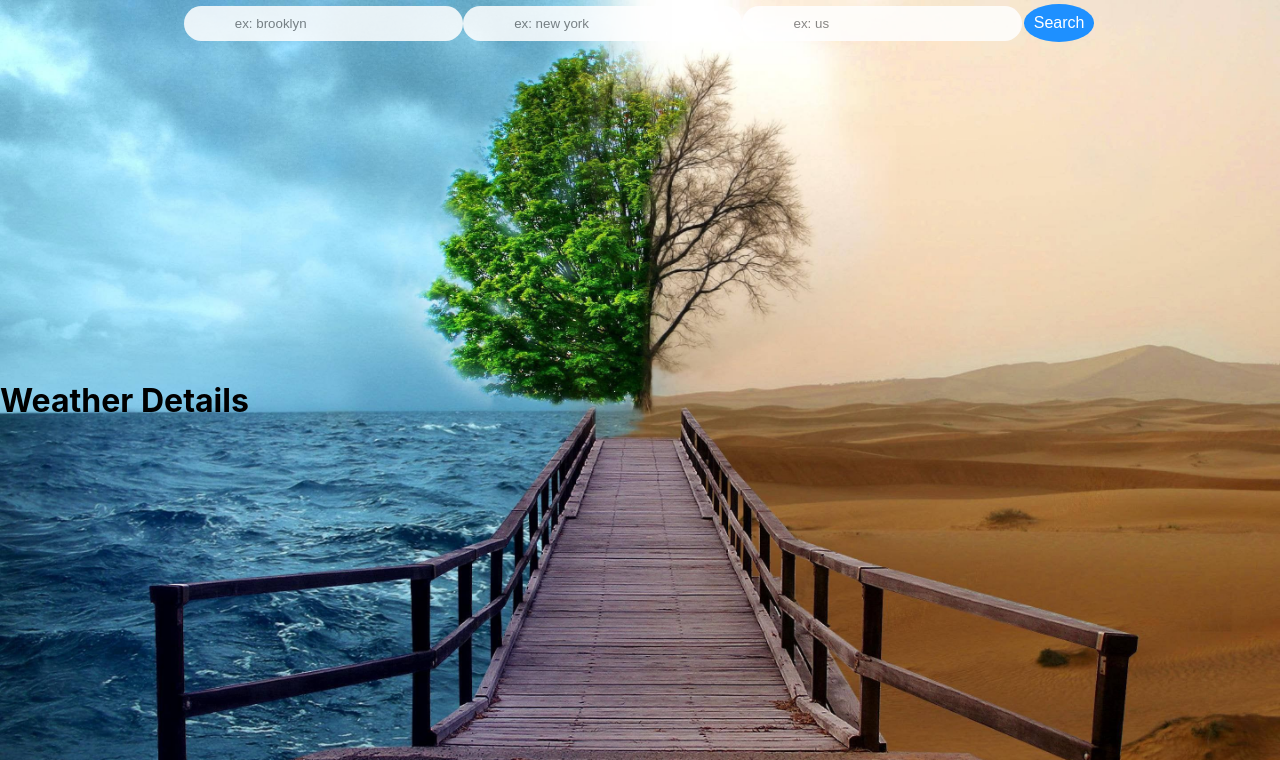
Repository: Mohsin231/Weather_App
Page: /
An editor plug-in stored every save of this project. The page is shown before and after the next save, followed by the edit.
The browser window is 1280 px wide. The pictures show the whole page.
The project was rebuilt for these pictures with package versions that can differ from the ones it lists, and the page was loaded fresh each time.

Above is the page before, as saved 2021-01-25 04:43:01.

### src/App.js
import React, { useState } from 'react'
import Weather from './Components/Weather'
import WeatherDetails from './Components/WeatherDetails'
import SearchForm from './Components/SearchForm'
import { Route } from 'react-router-dom';
import './App.css';

function App() {

  const [data, setData] = useState({
    city:"",
    state:"",
    country:""
  })

  //weather.js data
  const [weatherData, setWeatherData] = useState(null);
  //weatherDetails data
  const [weatherDetails, setWeatherDetails] = useState(null);

  //displays weather.js data
  function handleChange(event) {
    setData({...data, [event.target.id]:event.target.value})
    console.log(data)
    }

  return (
    <>
    <div className="App">
      <SearchForm
      handleChange={handleChange}
      data={data}
      setData={setData}
      setWeatherData={setWeatherData}
      setWeatherDetails={setWeatherDetails}
      />

<Route path="/" exact component={() => <Weather data={data} setData={setData} weatherData={weatherData}  />} />
<Route path="/" exact component={() => <WeatherDetails data={data} setData={setData} weatherDetails={weatherDetails} />} />

    </div>
    </>

  );
}

export default App;

### src/Components/Weather.js
import React, { useState } from "react";
import WeatherDetails from "../Components/WeatherDetails";
import '../Weather.css';

const Weather = ({ data, setData, weatherData }) => {
  const [action, setAction] = useState("");

  return (
      <div className="main">

        {weatherData &&
        (
          <div className="city-container">

            <div className="city">
            <h2 className="city-name">
              <span>{weatherData.name}, {weatherData.sys.country}</span>
            </h2>

            <div className="city-temp">
              {Math.round(weatherData.main.temp)}
              <sup>&deg;F</sup>
            </div>

            <div className="icon">
              <img className="city-icon" src={`https://openweathermap.org/img/wn/${weatherData.weather[0].icon}@2x.png`} alt={weatherData.weather[0].description} />
              <p>{weatherData.weather[0].description}</p>
            </div>
            </div>

            <button onClick = {() => {setAction("moreDetails")}} id="moreDetails">Show more details...</button>
            </div>

)
}
      {
        action === "moreDetails"
        &&
        <WeatherDetails/>
      }
      </div>

    );
}

export default Weather;




// {weatherData && (
//   <div className="city"
//   <h2 className="city">
//     <span>{weatherData.name}, {weatherData.sys.country}</span>
//   </h2>

// <div className="city-temp">
//   {Math.round(weatherData.main.temp)}
//   <sup>&deg;F</sup>
// </div>

// <div className="city-icon">
// <img className="weather-icon" src={`http://openweathermap.org/img/wn/${weatherData.weather[0].icon}@2x.png`} alt={weatherData.weather[0].description} />
// <p>{weatherData.weather[0].description}</p>
// </div>

// </div>

// )}

// </div>
// </>

### src/Components/WeatherDetails.js
import React from "react";
import '../WeatherDetails.css';

//displays details of weather
const WeatherDetails = ({data, setData, weatherDetails }) => {

  return (
    <div className="main">
      <h1>Weather Details</h1>

      {weatherDetails &&
      (
        <div className="moreInfo">
          <h2>Feels Like: {weatherDetails.main.feels_like}</h2>
          <h2>Min: {weatherDetails.main.temp_min}, Max:{weatherDetails.main.temp_max}</h2>
          <h2>Humidity: {weatherDetails.main.humidity}</h2>
          <h2>Wind Speed: {weatherDetails.wind.speed}</h2>
          </div>

)
}

    </div>

  );
}

export default WeatherDetails;

### src/Components/SearchForm.js
import React, {useEffect} from 'react';
import '../SearchForm.css';
//search


  // Destructure props object
  function SearchForm({handleChange, data, setData, setWeatherData, setWeatherDetails }) {


    const getData = () => {

      let url = `http://api.openweathermap.org/data/2.5/weather?q=${data.city},${data.state},${data.country}&units=imperial&appid=${process.env.REACT_APP_ONEDAY}`

    fetch(url)
      .then(res => res.json())
      .then(res => {
        console.log(res)
        setWeatherData(res);
        setWeatherDetails(res)
      })
      .catch(err => {
        console.error(err);
      });}

  function handleSubmit(event) {
    event.preventDefault();
    getData();
  }

    return (
      <form onSubmit={handleSubmit} className="searchForm">
        <input
          className="search"
          id="city"
          placeholder="ex: brooklyn"
          type="text"
          name="searchString"
          required
          onChange={handleChange}
          value={data.city}
        />
        <input
        className="search"
          id="state"
          placeholder="ex: new york"
          type="text"
          name="searchString"
          required
          onChange={handleChange}
          value={data.state}
        />
        <input
        className="search"
          id="country"
          placeholder="ex: us"
          type="text"
          name="searchString"
          required
          onChange={handleChange}
          value={data.country}
        />
        <button className="button">Search</button>
      </form>
    );
  }
  export default SearchForm;

### src/App.css
.App {
  text-align: center;

}

body {
  background: url("./images/weatherBackground.jpg");
  background-size: cover;
  background-repeat: no-repeat;
}

### src/Weather.css
.main {
    /* height: 100%;
    display: flex;
    justify-content: center;
    align-items: center;
    flex-direction: column; */
  position: absolute;
  top: 40px;

  }

.city {
    padding: 50px;
    border-radius: 25px;
    background: rgba(235, 230, 230, 0.85);
}

#moreDetails {
    margin-top: 100px;
    background-color: dodgerblue;
    border: none;
    color: white;
    padding: 10px;
    text-align: center;
    text-decoration: none;
    display: inline-block;
    font-size: 16px;
    margin: 4px 2px;

}

### src/WeatherDetails.css
.more-info {
    padding: 40px, 40px, 60px, 60px;
    border-radius: 25px;
    background: rgba(235, 230, 230, 0.85);

}
.main {
    height: 100%;
    display: flex;
    justify-content: center;
    align-items: center;
    flex-direction: column;
  }

### src/SearchForm.css
.search {
    outline: none;
    padding: 10px 4%;
    border-radius: 20px;
    border: none;
    margin-bottom: 5%;
    opacity: 0.85;

}
.button {
    background-color: dodgerblue;
    border: none;
    color: white;
    padding: 10px;
    text-align: center;
    text-decoration: none;
    display: inline-block;
    font-size: 16px;
    margin: 4px 2px;
    border-radius: 80%;
  }

Loaded but not shown: public/index.html (common file); src/index.js (common file); src/index.css (common file); src/reportWebVitals.js (common file)

After the next save:
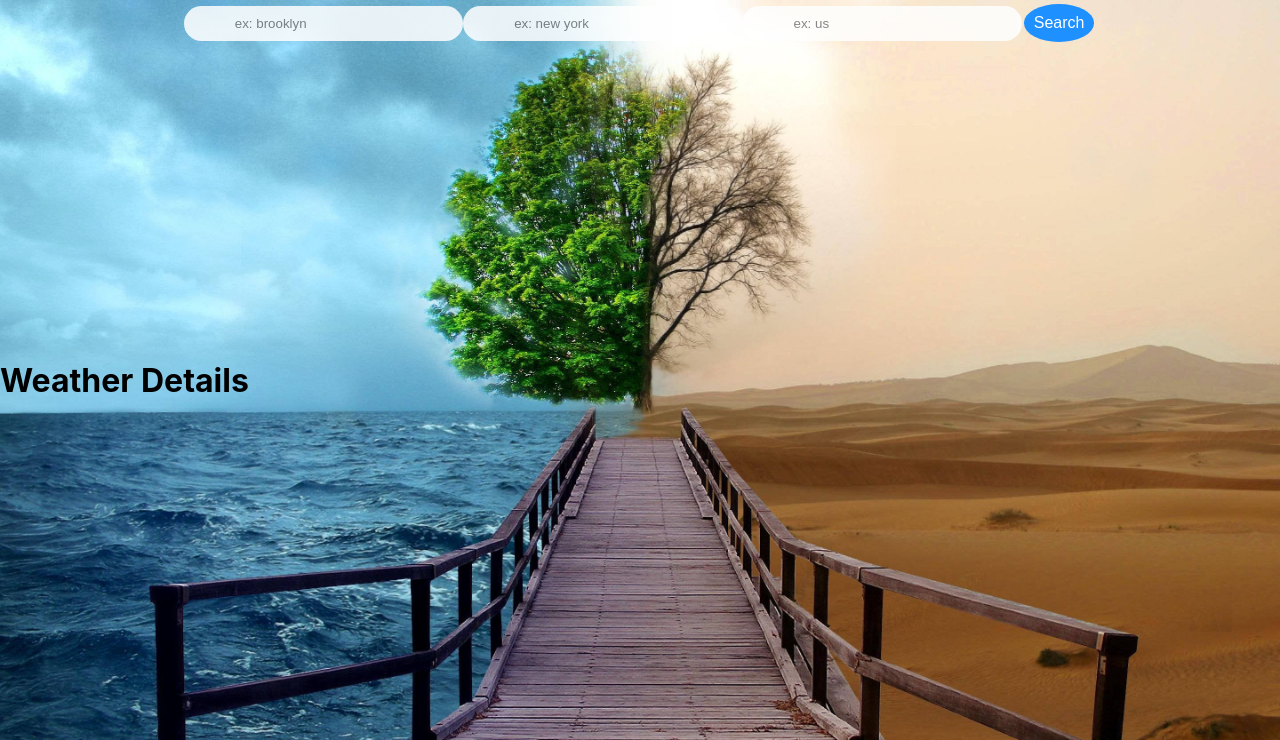
Saved 14 s later.
--- a/src/Weather.css
+++ b/src/Weather.css
@@ -5,7 +5,7 @@
     align-items: center;
     flex-direction: column; */
   position: absolute;
-  top: 40px;
+  top: 20px;
 
   }
 
